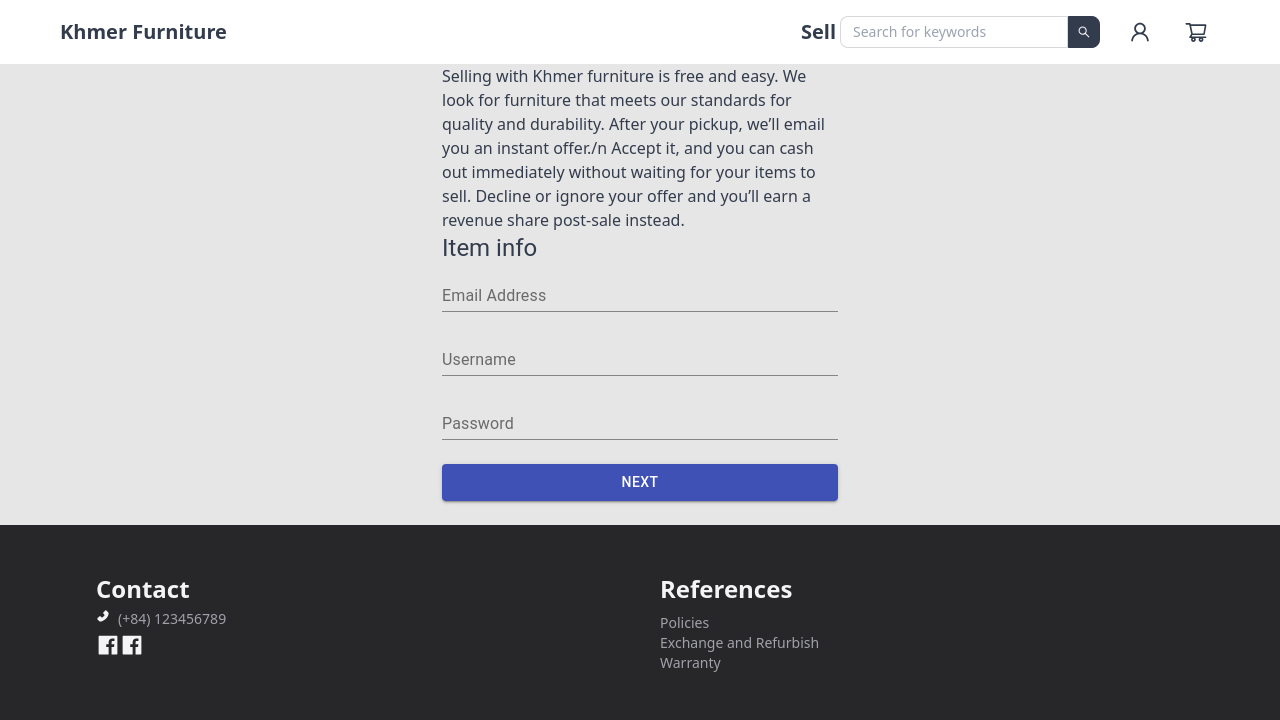
Repository: PlayerNguyen/dotot-shop
Page: /sell (app in client/)
An editor plug-in stored every save of this project. The page is shown before and after the next save, followed by the edit.
The browser window is 1280 px wide. The pictures show the whole page.
An inner scrolling area shows only its first screen. The project was rebuilt for these pictures with package versions that can differ from the ones it lists, and the page was loaded fresh each time. Also part of the build but not shown: client/src/components/NoMatch/NoMatch.jsx, client/src/components/Sell/ProductDetails.js, client/src/components/Sell/Confirmation.js, client/src/components/Sell/Success.js.

Above is the page before, as saved 2022-12-06 11:24:18.

After the next save:
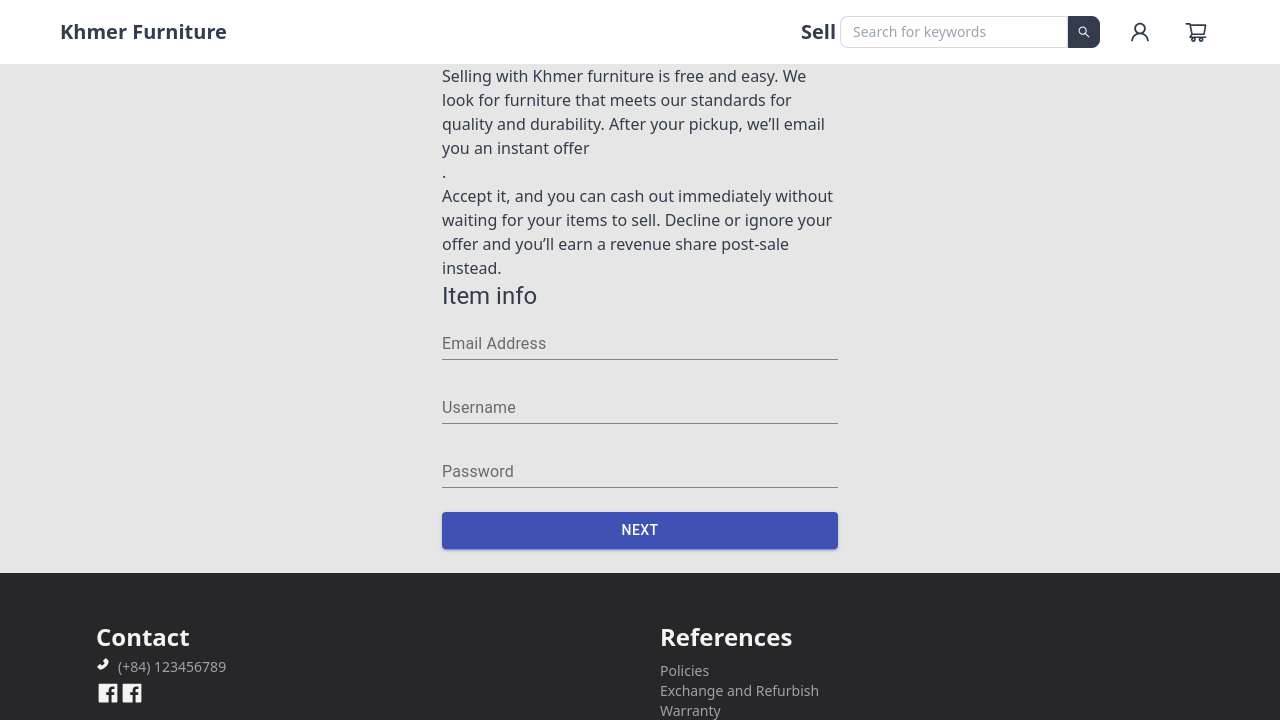
Saved 61 s later.
--- a/client/src/components/Sell/UserDetails.js
+++ b/client/src/components/Sell/UserDetails.js
@@ -15,7 +15,10 @@ const UserDetails = ({ nextStep, handleChange, values }) => {
       <Container  component="main" maxWidth="xs">
         <div>
         <div> Selling with Khmer furniture is free and easy. We look for furniture that meets our standards for quality and durability.
-          After your pickup, we’ll email you an instant offer./n Accept it, and you can cash out immediately without waiting for your items to sell.
+          After your pickup, we’ll email you an instant offer </div>.
+
+          <br/>
+          <div> Accept it, and you can cash out immediately without waiting for your items to sell.
            Decline or ignore your offer and you’ll earn a revenue share post-sale instead.</div>
 
           <Typography  component="h1" variant="h5" className='content-center bold'>
